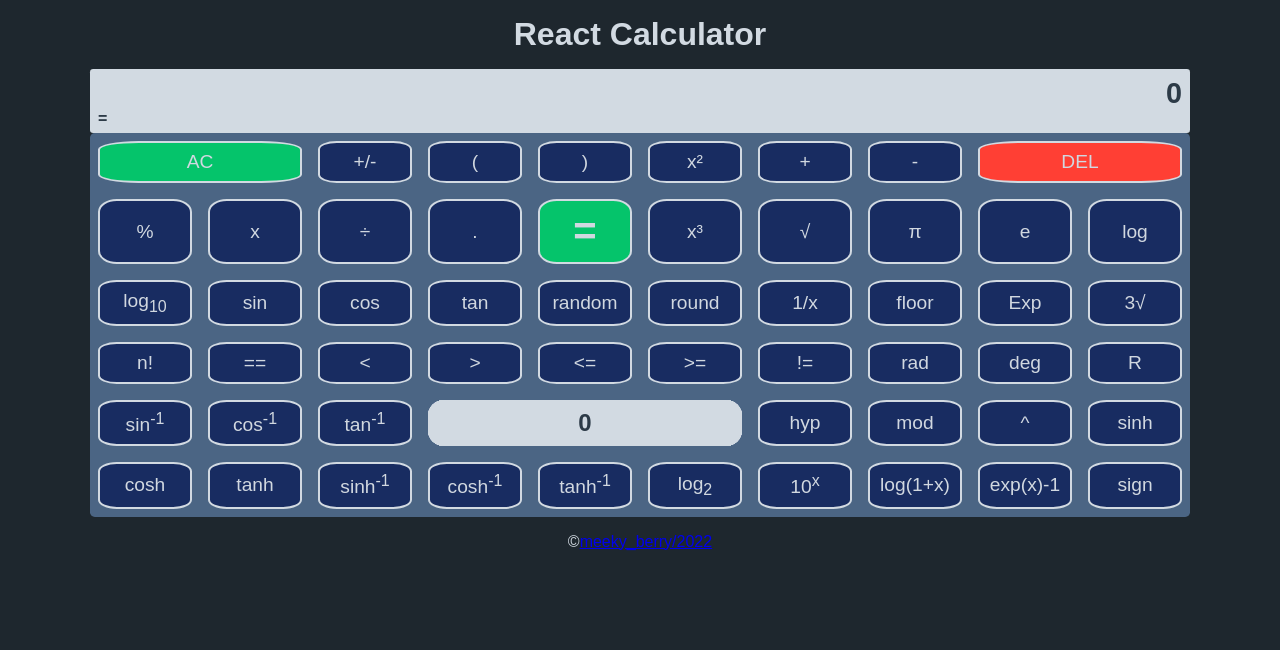
Repository: MikkyPrestige/calculator
Page: /
The author's editor kept a copy of each file at every save. The page is drawn from the files as they stood at one save, then again after the next save.
The browser window is 1280 px wide. The pictures show the whole page.
The project was rebuilt for these pictures with package versions that can differ from the ones it lists, and the page was loaded fresh each time.

Above is the page before, as saved 2022-11-17 21:42:46.

After the next save:
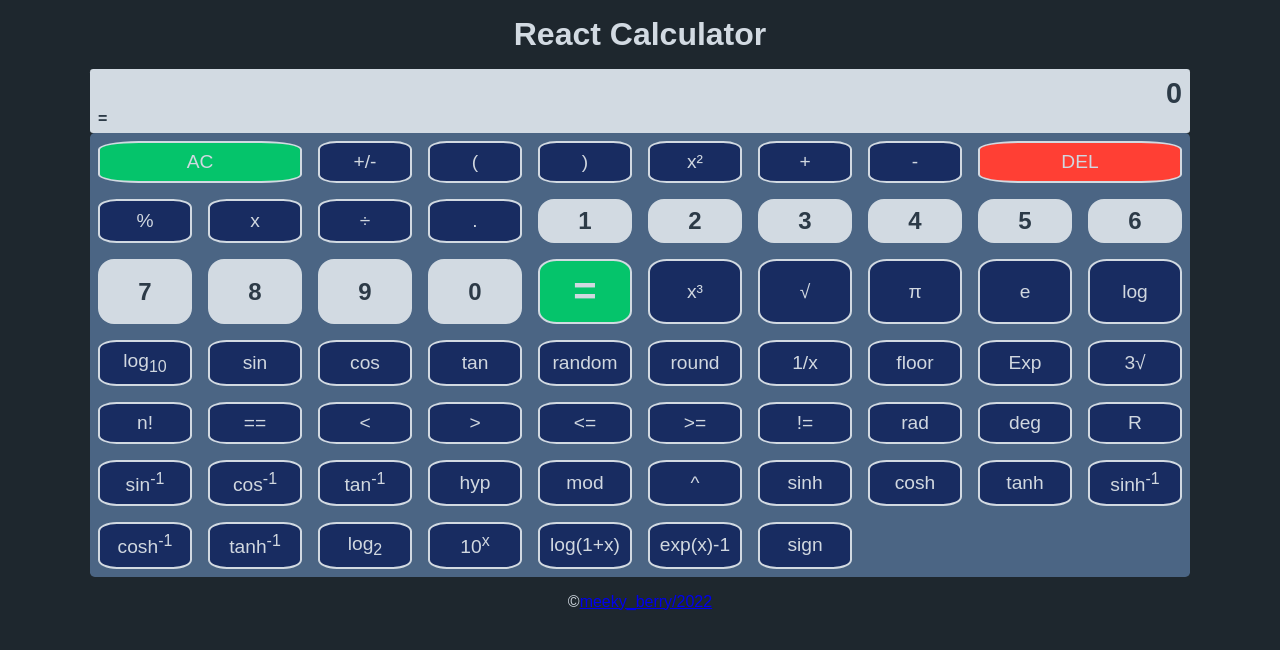
Saved 29 s later.
--- a/src/index.css
+++ b/src/index.css
@@ -90,8 +90,8 @@ body {
   border-radius: 1rem;
   text-align: center;
   padding: .5rem;
-  grid-column: 4 /7;
-  grid-row: 5;
+  /* grid-column: 4 /7; */
+  /* grid-row: 5; */
 }
 
 .digit:hover {
